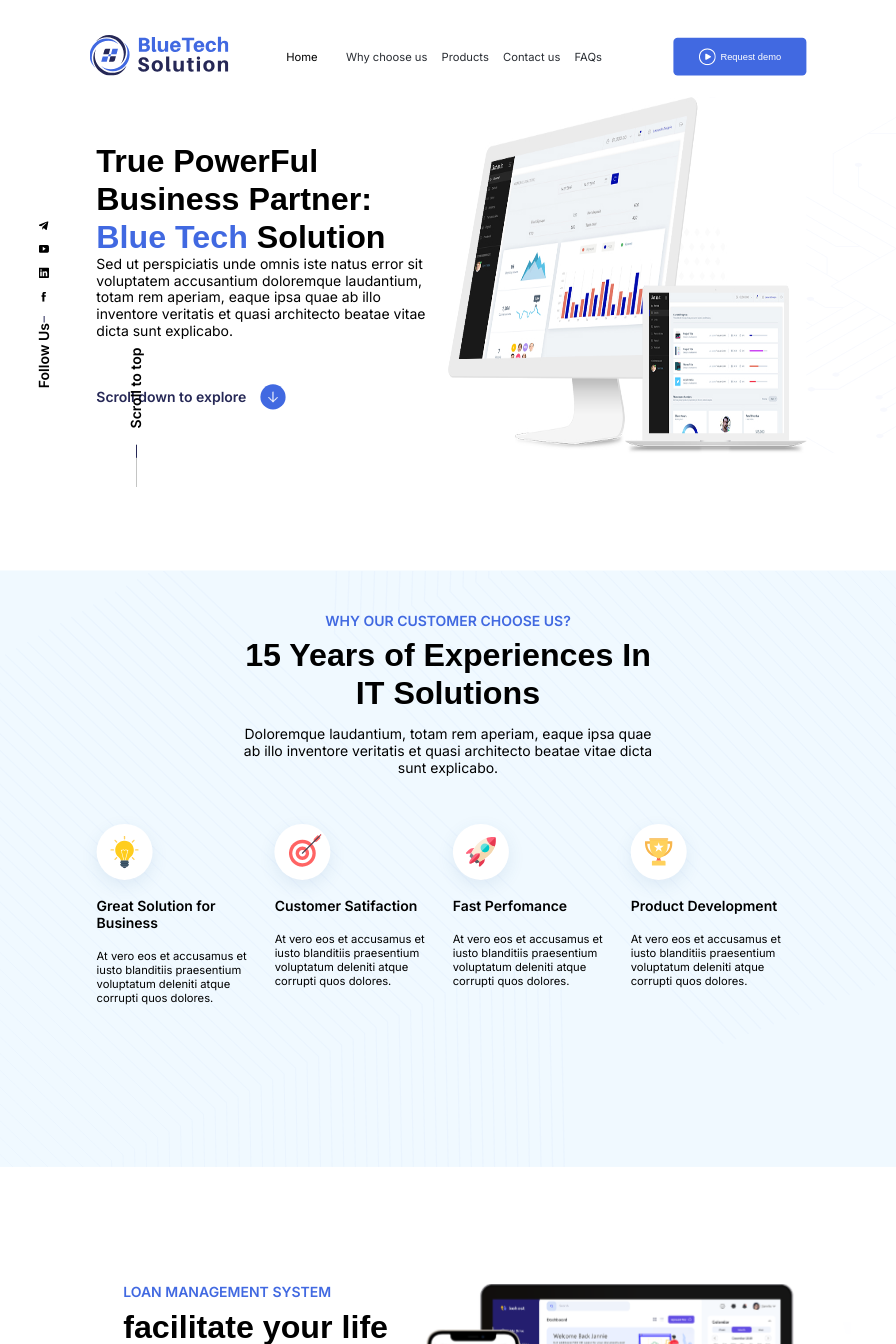
Repository: Chamsmey/static-html-css
Page: index.html
These files come from the project's save history. The page is drawn as it stood at one moment and after a run of saves; the edit follows.
The browser window is 1280 px wide. The pictures show the part of the page from y = 0 to 1920 px (the page is 3034 px tall), at 70% of full size.
Some web fonts or font styles are not loaded; a fallback is used.

Above is the page before, as saved 2022-11-15 15:48:50.

### index.html
<!DOCTYPE html>
<html lang="en">

<head>
    <meta charset="UTF-8">
    <meta http-equiv="X-UA-Compatible" content="IE=edge">
    <meta name="viewport" content="width=device-width, initial-scale=1.0">
    <title>Blue Tech Solution</title>
    <link rel="stylesheet" href="./css/style.css">
    <link rel="shortcut icon" href="./icons/BlueTech solution _ Logo.svg" type="image/x-icon">
</head>

<body>

    <!-- /// navbar  -->
    <div class="container">
        <nav>
            <div class="logo_group">
                <img src="./icons/BlueTech solution _ Logo.svg" alt="">
            </div>
            <ul class="nav_menu flex_evenly_center">
                <a href="#">
                    <li class="menu_items">Home</li>
                </a>
                <a href="#choose_us">
                    <li class="menu_items">Why choose us
                </a>
                <a href="#products">
                    <li class="menu_items">Products
                </a>
                <a href="#contact">
                    <li class="menu_items">Contact us
                </a>
                <a href="#faq">
                    <li class="menu_items">FAQs</li>
                </a>
            </ul>
            <button class="btn btn_primary">
                <img src="./icons/icon_play_circle.svg" alt="">
                <span>Request demo</span>
            </button>
        </nav>
        <!-- // home  -->
        <section id="home" class="">
            <!-- si=============side left ========= -->
            <div id="side_left" class="flex_beteen_center">

                <div id="follow_social">
                    <div class="icon_group flex_col">
                        <img class="follow_icon" width="15.02px" height="12.6px" src="./icons/icon_telegram.svg" alt="">
                        <img class="follow_icon" width="14.98px
                        " height="11.24px" src="./icons/icon_youtube.svg" alt="">
                        <img class="follow_icon" width="15px" height="15px" src="./icons/icon_linkedIn.svg" alt="">
                        <img class="follow_icon" width="7.5px" height="15px" src="./icons//Icon_facebook.svg" alt="">
                        <img class="follow_icon" width="2px" height="10px" src="./icons//icon_I.svg" alt="">

                        <h5 class="text_tranform text_sm text_center my_25"> Follow Us </h5>

                    </div>
                </div>
                <div id="content">
                    <div class="">
                        <h1 class="text_3xl" >True PowerFul Business Partner: <span class="text_3xl color_primary">Blue Tech </span>Solution</h1>
                        <p class="text_sm">Sed ut perspiciatis unde omnis iste natus error sit voluptatem
                            accusantium doloremque laudantium, totam rem aperiam, eaque ipsa quae ab
                            illo inventore veritatis et quasi architecto
                            beatae vitae dicta sunt explicabo.</p>
                    </div>
                    <div class="">
                        <div id="scroll_icon">
                            <h4 class="text_sm color_secodary">Scroll down to explore</h4>
                            <div class="icon_circle bg_primary ml_10">
                                <img src="./icons/icon_arrow_down_white.png" alt="">
                            </div>
                        </div>

                    </div>

                </div>
            </div>
            <!-- /////////////// side right  -->
            <div id="side_right">
                <img src="./images/home/01.jpg" alt="">
            </div>
        </section>
        </section>

        <!-- choose us -->
        <section id="choose_us" class="choose_us_section bg_primary">
            <div class="header">
                <div class="section_header">
                    <h4 class="text_sm color_primary text_upper mt_50">
                        Why our customer choose us?
                    </h4>
                    <h1 class="text_3xl my_10">
                        15 Years of Experiences
                        In IT Solutions
                    </h1>
                    <p class="text_sm my_10">
                        Doloremque laudantium, totam rem aperiam,
                        eaque ipsa quae ab illo inventore veritatis et quasi architecto beatae
                        vitae dicta sunt explicabo.
                    </p>
                </div>
            </div>
            <div class="card_group_items">
                <div class="card_group flex_beteen_start">
                    <div class="card">
                        <div class="card_header">
                            <div class="icon_circle bg_white icon_80x_80x box_shadow">
                                <img src="./icons/icon_light.svg" alt="">
                            </div>
                        </div>
                        <div class="card_body">
                            <h4 class="text_sm my_25">Great Solution for Business</h4>
                            <p class="text_ms my_10">At vero eos et accusamus et iusto blanditiis praesentium
                                voluptatum deleniti atque corrupti quos dolores.</p>
                        </div>
                    </div>
                    <div class="card">
                        <div class="card_header">
                            <div class="icon_circle bg_white icon_80x_80x box_shadow">
                                <img class="posttion_absolute_center" src="./icons/icon_focus.svg" alt="">
                            </div>
                        </div>
                        <div class="card_body">
                            <h4 class="text_sm my_25">Customer Satifaction</h4>
                            <p class="text_ms my_10">At vero eos et accusamus et iusto blanditiis praesentium
                                voluptatum deleniti atque corrupti quos dolores.</p>
                        </div>
                    </div>
                    <div class="card">
                        <div class="card_header">
                            <div class="icon_circle bg_white icon_80x_80x box_shadow">
                                <img src="./icons/icon_rocket.svg" alt="">
                            </div>
                        </div>
                        <div class="card_body">
                            <h4 class="text_sm my_25">Fast Perfomance</h4>
                            <p class="text_ms my_10">
                                At vero eos et accusamus et iusto blanditiis praesentium
                                voluptatum deleniti atque corrupti quos dolores.</p>
                        </div>
                    </div>
                    <div class="card">
                        <div class="card_header">
                            <div class="icon_circle bg_white icon_80x_80x box_shadow">
                                <img src="./icons/icon_champion.svg" alt="">
                            </div>
                        </div>
                        <div class="card_body">
                            <h4 class="text_sm my_25">Product Development</h4>
                            <p class="text_ms my_10">At vero eos et accusamus et iusto blanditiis praesentium
                                voluptatum deleniti atque corrupti quos dolores.</p>
                        </div>
                    </div>
                </div>
            </div>
            <div class="scroll_bar">
                <h4 class="scroll_bar_title text_sm text_tranform py_30">
                 Scroll to top
                </h4>

                <div class="bar">
                    <img src="./icons/icon_scroll_bar.svg" alt="">
                </div>
            </div>
        </section>
    </div>
    <div>

    </div>
    <!-- product  -->
    <div class="container">
        <section id="products" class="products_section">
            <div class="product_description">
                <h4 class="text_sm text_upper color_primary">Loan Management system</h4>
                <h1 class="text_3xl mt_10">
                    facilitate your life and business
                </h1>
                <p class="text_ms">We provide you with turnkey solutions to support the development
                    of your business and make a better life.</p>
                    <div class="product_values flex_beteen_start">
                        <div class="product_value flex_align_center mt_20">
                            <img src="./icons/icon_percent.svg" alt="">
                            <p class="text_sm text_simibold ml_20">Eliminating human error</p>
                        </div>
                        <div class="product_value flex_align_center mt_20">
                            <img src="./icons/icon_micro.svg" alt="">
                            <p class="text_sm text_simibold ml_20">Automated reporting</p>
                        </div>
                        <div class="product_value flex_align_center mt_20">
                            <img src="./icons/icon_prevent.svg" alt="">
                            <p class="text_sm text_simibold ml_20">Preventing delays in payment</p>
                        </div>
                        <div class="product_value flex_align_center mt_20">
                            <img src="./icons/icon_sms.svg" alt="">
                            <p class="text_sm text_simibold ml_20">Increased revenue</p>
                        </div>
                        <div class="product_value flex_align_center mt_20">
                            <img src="./icons/icon_save.svg" alt="">
                            <p class="text_sm text_simibold ml_20">Saving time</p>
                        </div>
                    </div>
                <button class="btn btn_primary mt_50"><a href="#" class="color_white">Explore more</a> <img src="./icons/icon_arrow_right.svg" alt=""></button>
            </div>
            <div class="product_bg">
                <img src="./images/product.svg" alt="">

            </div>

        </section>
        <section id="products" class="products_section">
            <div class="product_bg">
                <img src="./images/products/products.svg" alt="">

            </div>
            <div class="product_description">
                <h4 class="text_sm text_upper color_primary">Loan Management system</h4>
                <h1 class="text_3xl mt_10">
                    facilitate your life and business
                </h1>
                <p class="text_ms">We provide you with turnkey solutions to support the development
                    of your business and make a better life.</p>
                    <div class="product_values flex_beteen_start">
                        <div class="product_value flex_align_center mt_20">
                            <img src="./icons/icon_percent.svg" alt="">
                            <p class="text_sm text_simibold ml_20">Eliminating human error</p>
                        </div>
                        <div class="product_value flex_align_center mt_20">
                            <img src="./icons/icon_micro.svg" alt="">
                            <p class="text_sm text_simibold ml_20">Automated reporting</p>
                        </div>
                        <div class="product_value flex_align_center mt_20">
                            <img src="./icons/icon_prevent.svg" alt="">
                            <p class="text_sm text_simibold ml_20">Preventing delays in payment</p>
                        </div>
                        <div class="product_value flex_align_center mt_20">
                            <img src="./icons/icon_sms.svg" alt="">
                            <p class="text_sm text_simibold ml_20">Increased revenue</p>
                        </div>
                        <div class="product_value flex_align_center mt_20">
                            <img src="./icons/icon_save.svg" alt="">
                            <p class="text_sm text_simibold ml_20">Saving time</p>
                        </div>
                    </div>
                <button class="btn btn_primary mt_50"><a href="#" class="color_white">Explore more</a> <img src="./icons/icon_arrow_right.svg" alt=""></button>
            </div>


        </section>

    </div>
    <!-- contact  -->
    <section id="contact" class="contact_us_section">

    </section>

    <!-- FAQs  -->
    <section id="faq" class="faq_section">

    </section>
    </div>

    <!-- footer -->
    <footer>

    </footer>
</body>

</html>

### css/style.css
@import url("https://fonts.cdnfonts.com/css/recoleta");
@import url("https://fonts.googleapis.com/css2?family=Inter:wght@100;200;300;400;500;600&family=Open+Sans:ital,wght@0,300;0,400;1,300&display=swap");

* {
  padding: 0;
  margin: 0;
  box-sizing: border-box;
  scroll-behavior: smooth;
}
/* root  */
:root {
  /* color  */
  --color-primary: #4169e1;
  --color-secondary: #262856;
  --bg-color-:#F0F9FF
;
  --color-black: #292d33;
  --color-red: #c14040;
  --color-background: #f1f6fa;
  /* // font size  */
  --text-headline-1: 46px;
  --text-headline-2: 38px;
  --text-headline-3: 30px;
  --text-headline-4: 22px;
  --text-headline-6:18px;
  --text-paragraph-1: 20px;
  --text-paragraph-2: 16px;
  --text-paragraph-3:14px;
  /* // font  family  */
  --heading-font: "Recoleta", sans-serif;
  --paragraph-font: "Open Sans", sans-serif;
  --sub-heading-font: "Inter", sans-serif;
}
/* nav/ */
.color_primary {
  color: var(--color-primary);
}
.color_secodary{
  color: var(--color-secondary);
}
.bg_white{
  background:#fff;
}

/* // text style  */
.text_sm{
  font-size: var(--text-paragraph-1);
  font-family: var(--sub-heading-font);

}
.text_ms{
  font-size: var(--text-paragraph-2);
  font-family: var(--sub-heading-font);
}
.text_3xl{
  font-size: var(--text-headline-1);
  font-family: var(--heading-font);
}
.text_2xl{
  font-size: var(--text-headline-2);
  font-family: var(--heading-font);
}
.text_xl{
  font-size: var(--text-headline-3);
  font-family: var(--heading-font);
}
.text_md{
  font-family: var(--sub-heading-font);
  font-size: var( --text-headline-2);
}
.text_sm_bold{
  font-size: 700;
}

.text_thin{
  font-weight: 400;
}
.text_simibold{
  font-weight: 600;
}
.text_bold{
  font-weight: 700;
}
.text_upper{
  text-transform: uppercase;
}
.text_center {
  text-align: center;
}
.ml_10{
  margin-left: 10px;
}
/* // margin  */
.my_25{
  margin: 25px 0;
}

.my_10{
  margin: 10px 0;
}
.mt_50 {
  margin-top: 50px;
}

.mt_30 {
  margin-top: 30px;
}
.mt_50{
  margin-top: 50px;
}
.mt_20{
  margin-top: 20px;
}
.mt_10{
  margin-top: 10px;
}
.ml_10{
  margin-left: 20px;
}
.ml_20{
  margin-left: 10px;
}

/* // padding */
.px_20{
    padding: 0 20px;
}
.py_10{
  padding: 10px 0;
}

.py_30{
  padding: 30px 0;
}
.px_30{
    padding: 0 30px;
}

/* // flexbox */
.flex_beteen_center {
    display: flex;
    justify-content: space-between;
    flex-wrap: wrap;
    align-items: center;
  }
  .flex_align_center{
    display: flex;
    align-items: center;
  }
  .flex_beteen_start {
    display: flex;
    justify-content: space-between;
    flex-wrap: wrap;
    align-items: flex-start;
  }
  .flex_evenly_center {
    display: flex;
    justify-content: space-evenly;
    flex-wrap: wrap;
    align-items: center;
  }

  .postion_absolute{
    position:absolute;
  }


.box_shadow{
  box-shadow: 0px 8px 24px rgba(53, 95, 158, 0.1);
}
/* ============ */

.container{
  width: 100%;
  margin: auto;
  margin-top: 50px;
}
nav {
  width: 80%;
  margin: 27px auto;
  display: flex;
  justify-content: space-between;
  align-items: center;
}


.nav_menu {
  width: 50%;
  list-style-type: none;
  box-sizing: border-box;
}
a {
  color: var(--color-black);
}
.menu_items {
  color: black;
/* margin-right: 10%; */
  font-family: "Inter", sans-serif;
  font-style: normal;
  font-weight: 400;
  font-size: 16px;
}
a {
  text-decoration: none;
}

.bg_primary {
  background: var(--color-primary);
}
.btn {
  Width:190px;
  Height:54px;
  display: flex;
  flex-direction: row;
  justify-content: space-evenly;
  align-items: center;
  padding: 11px 30px;
  border: none;
  border-radius: 6px;
}
.btn_primary{
  color: white;
  background:var(--color-primary);

}
.color_white{
  color: white;
}
/* home  */
#home {
    width: 100%;
    display: flex;
    margin: auto;
    justify-content: space-evenly;
}

.h1_title {
  font-size: 46px;
  font-family: var(--heading-font);
}
#side_left {
    width: 50%;
    padding: 1rem;
    display: flex;
    justify-content: space-between;
    /* background: red; */
}
#side_right{
  width: 50%;
  background-image: url(../images/home/frame_home.svg);
  background-position: center;
  background-repeat: no-repeat;
  background-size: cover;
  /* overflow: hidden; */

  display: flex;
  /* align-items: center; */
  /* background: green; */
}
#side_right img {
  width: 80%;
height: 509px;

}
#content {
    width: 80%;

    /* margin-top: 1rem; */
    /* padding:0em 8em ; */
    /* background: #d/dd; */
}
.flex_col {
  display: flex;
  flex-direction: column;
  flex-wrap: wrap;
}
.follow_icon {
  flex: 1;

  margin: 10px auto 10px auto;
}
#follow_social {
  margin-top: 4em;

}
.text_tranform {
  transform: rotate(-90deg);
}

#scroll_icon{
    margin-top: 4em;
    display: flex;
    align-items: center;
}
.posttion_absolute_center{
  position: absolute;
  left: 55%;
  top:48%;
  transform:translate(-50%, -50%);
}
.icon_circle{
  position: relative;
    width: 36px;
    padding: 5px;
    height: 36px;
    display: flex;
    justify-content: center;
    align-items: center;
    border-radius: 50%;
}

/* choose section  */
.choose_us_section{

  width: 100%;
  background:var(--bg-color-);
  background-image: url(../images/choose_page/frame_choose_us.svg);
  margin: 167px auto;
  display: flex;
  flex-direction: column;
  height: 852px;


}
.section_header{
  height: 352px;

  ;
}

.header .section_header{
  width: 49%;
  text-align: center;
  padding: 10px;
  display: flex;
  flex-direction: column;
  align-items: center;
  margin: auto;

}
.card_group_items{

  width: 80%;
  padding: 10px;
  display: block;
  margin: auto;
}
.card_group{
  height: 500px;
  /* background: #000; */

}
.card{
  width: 24%;
height: 300px;
/* background:gray; */

}

.icon_80x_80x{
  width: 80px;
  height: 80px;
}
.icon_center{
  left: 31.8%;

}

.scroll_bar{
  position: fixed;
  z-index: 10;
  display: flex;

  flex-direction: column;
  justify-content: space-between;
  align-items:center;
  width: 50px;
  height: 200px;
  /* background: red; */
  left: 170px;
  top: 500px;

}

.scroll_bar_title{
    column-width: auto;
    width: 140px;
    padding-left: 0px;
    /* background: blue; */
}


/* ========productsection ===== */

.products_section{
  width: 100%;
  padding: 0 ;
  margin: auto;
  height: 600px;

  display: flex;
  /* justify-content: space-between; */
/* background: #ddd; */
}

.product_description{
 width: 45%;
  /* background:red; */
  padding-left: 11em;
}
.product_value{
  width: 50%;
}
.product_bg{
  width: 50%;
  /* background: #000; */
  display: flex;
  justify-content:center;
  align-items: flex-start;
  background-image: url(../images/products/frame_pro_section.svg);
  /* background-color: #cccccc;  */
  background-position: center;
  background-repeat: no-repeat;
  background-size: cover;
}

.product_bg img{
  width: 90%;
  box-sizing: border-box;
}

After the next 2 saves:
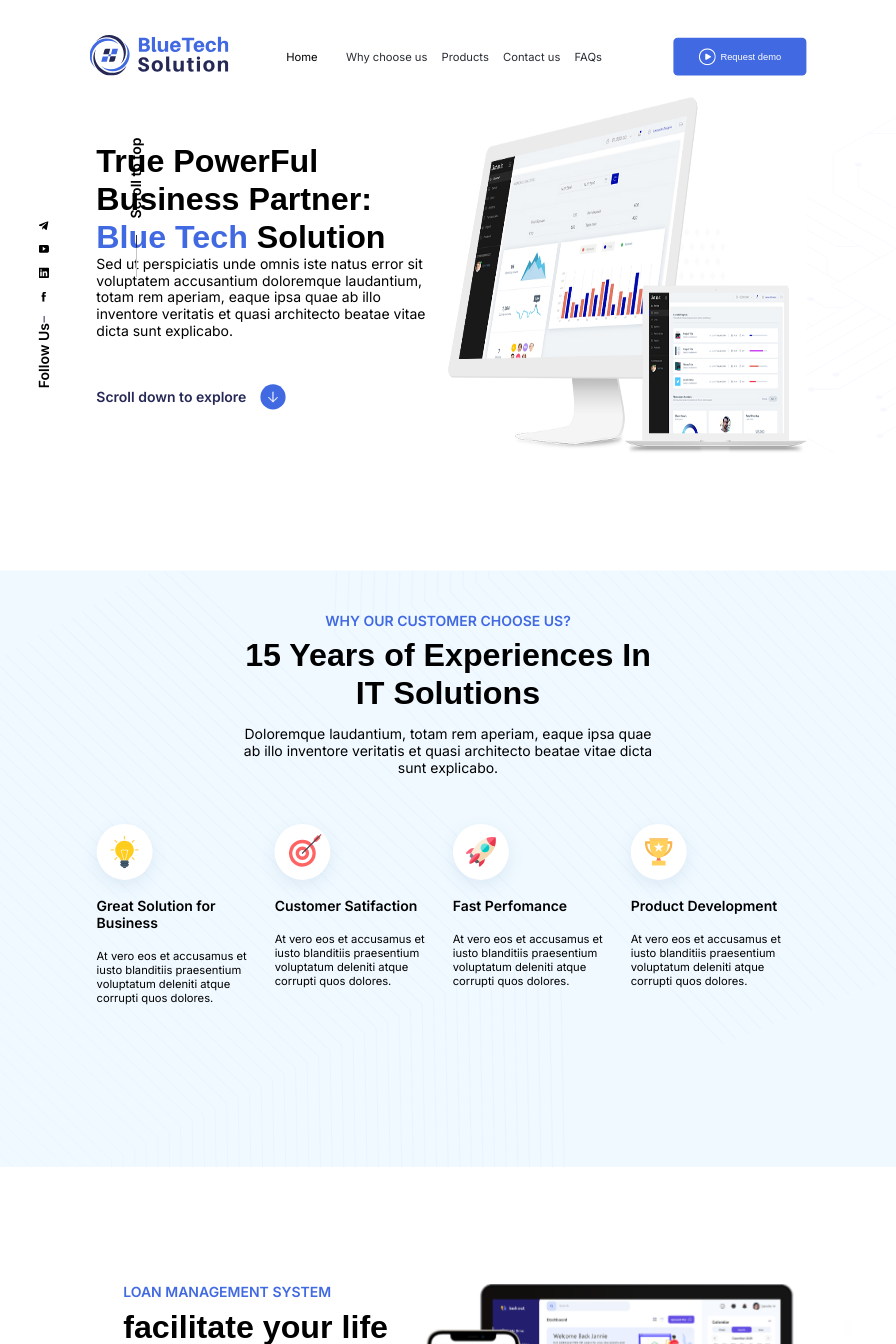
The 2 saves are shown as one change because they came seconds apart.
The last was saved 15 s later.
--- a/css/style.css
+++ b/css/style.css
@@ -378,7 +378,7 @@ height: 300px;
   height: 200px;
   /* background: red; */
   left: 170px;
-  top: 500px;
+  top: 200px;
 
 }
 
